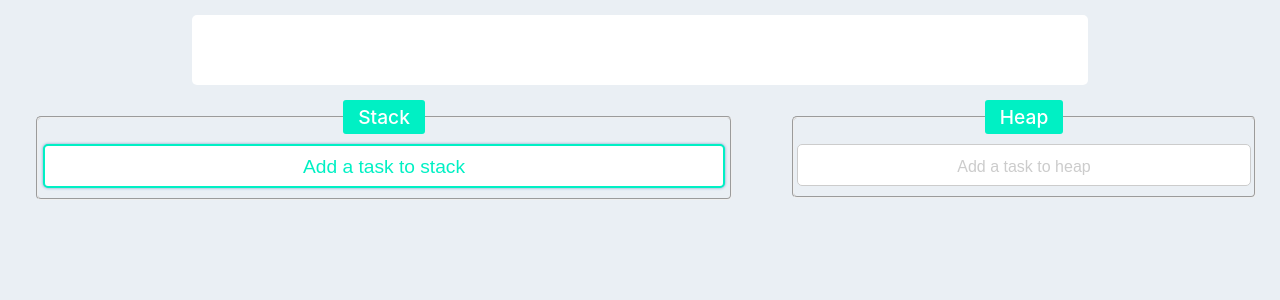
Repository: litalsh/meeting_v1
Page: /
An editor plug-in stored every save of this project. The page is shown before and after the next save, followed by the edit.
The browser window is 1280 px wide. The pictures show the whole page.
The project was rebuilt for these pictures with package versions that can differ from the ones it lists, and the page was loaded fresh each time. Also part of the build but not shown: src/Task.js.

Above is the page before, as saved 2020-12-07 11:35:07.

### public/index.html
<!DOCTYPE html>
<html lang="en">
  <head>
    <meta charset="utf-8" />
    <meta name="viewport" content="width=device-width, initial-scale=1" />
    <meta name="theme-color" content="#000000" />
    <meta
      name="description"
      content="Web site created using create-react-app"
    />
    <link rel="apple-touch-icon" href="%PUBLIC_URL%/logo192.png" />
    <!--
      manifest.json provides metadata used when your web app is installed on a
      user's mobile device or desktop. See https://developers.google.com/web/fundamentals/web-app-manifest/
    -->
    <link rel="manifest" href="%PUBLIC_URL%/manifest.json" />
    <!--
      Notice the use of %PUBLIC_URL% in the tags above.
      It will be replaced with the URL of the `public` folder during the build.
      Only files inside the `public` folder can be referenced from the HTML.

      Unlike "/favicon.ico" or "favicon.ico", "%PUBLIC_URL%/favicon.ico" will
      work correctly both with client-side routing and a non-root public URL.
      Learn how to configure a non-root public URL by running `npm run build`.
    -->
    <title>Meeting Managment App</title>
  </head>
  <body>
    <noscript>You need to enable JavaScript to run this app.</noscript>
    <div id="root"></div>
    <!--
      This HTML file is a template.
      If you open it directly in the browser, you will see an empty page.

      You can add webfonts, meta tags, or analytics to this file.
      The build step will place the bundled scripts into the <body> tag.

      To begin the development, run `npm start` or `yarn start`.
      To create a production bundle, use `npm run build` or `yarn build`.
    -->
  </body>
</html>

### src/App.js
import React, { useState, useEffect } from "react";
import "./App.css";
import { v4 as uuidv4 } from "uuid";
import Task from "./Task";

const App = () => {
  const [stack, setStack] = useState([]);
  const [heap, setHeap] = useState([]);

  const newTaskHandler = (event) => {
    if (event.which === 13) {
      setStack([
        ...stack,
        { id: uuidv4(), type: 'stack', topic: event.target.value, isDone: false }
      ]);
      event.target.value = '';
    };
  };

  const newHeapHandler = (event) => {
    if (event.which === 13) {
      setHeap([
        ...heap,
        { id: uuidv4(), type: 'heap', topic: event.target.value, isDone: false }
      ]);
      event.target.value = '';
    };
  };

  const taskRemoveHandler = (id, type) => {
    if(type === 'stack'){
    const taskIndex = stack.findIndex(task => {
      return task.id === id;
    });

    let tempList = [...stack];
    tempList.splice(tempList[taskIndex], 1);
    setStack(tempList)
  };
    if(type === 'heap'){
      const taskIndex = heap.findIndex(task => {
        return task.id === id;
      });

      let tempList = [...heap];
      tempList.splice(tempList[taskIndex], 1);
      setHeap(tempList)
    };
    return console.log('taskRmoveHandler: ', stack);

  }

  const keyboardRemoveHandler = (e) => {

    if (e.ctrlKey && e.shiftKey && e.which === 88) {
      let tempStack = [...stack];
      tempStack.splice(tempStack.length - 1, 1);
      setStack(tempStack);
    }
  }
  useEffect(() => {
    if (document){
      document.addEventListener('keydown', keyboardRemoveHandler);
    }
    return () => {
      document.removeEventListener('keydown', keyboardRemoveHandler);
    }
  }, [stack]);

  const keyboardCangeListHandler = (e) => {

    if (e.ctrlKey && e.which === 77) {
      changeListHandler();
    }
  }

  const changeListHandler = (id, type) => {
    // move task from stack to heap
    if (type === 'stack') {
      const taskIndex = stack.findIndex(task => {
        return task.id === id;
      });
      setHeap([...heap, { id: stack[taskIndex].id, type: 'heap', topic: stack[taskIndex].topic, isDone: false }]);

      let tempStack = [...stack];
      tempStack.splice(taskIndex, 1);
      setStack(tempStack);
      console.log('change to heap ', stack, '  ', heap)
    };

    // move task from heap to stack
    if (type === 'heap') {
      const taskIndex = heap.findIndex(task => {
        return task.id === id;
      });
      setStack([...stack, { id: heap[taskIndex].id, type: 'stack', topic: heap[taskIndex].topic, isDone: false }]);

      let tempHeap = [...heap];
      tempHeap.splice(taskIndex, 1);
      setHeap(tempHeap);
      console.log('change to stack ', stack, '  ', heap)
    };
  }

  return (
    <div className="container">
      <div className="current-task">
        <h1>{stack[0] !== undefined ? stack[stack.length - 1].topic : null}</h1>
      </div>
      <fieldset className="task-list">
      <legend>Stack</legend>
        <ul>
          <>
            {console.log('1', stack)}
            {stack[0] !== undefined ? stack.map((task, id) => (
              <Task title={task.topic}
                key={id}
                remove={() => taskRemoveHandler(task.id, task.type)}
                move={() => changeListHandler(task.id, task.type)}
                keyboardMove={() => changeListHandler(task.id, task.type)} />
            )) : null}
          </>
        </ul>
        <input type="text" placeholder="Add a task to stack" onKeyDown={newTaskHandler} className='stack-input'  autoFocus aria-flowto='heap-input' />
      </fieldset>

      <fieldset className="task-list">
        <legend>Heap</legend>
        <input type="text" placeholder="Add a task to heap" onKeyDown={newHeapHandler} className='heap-input'  aria-flowto='stack-input' />
        <ul>
          <>
            {console.log('2', heap)}
            {heap[0] !== undefined ? heap.map((task, id) => (
              <Task title={task.topic}
                key={id}
                remove={() => taskRemoveHandler(task.id, task.type)}
                move={() => changeListHandler(task.id, task.type)}
                keyboardMove={() => changeListHandler(task.id, task.type)} />
            )) : null}
          </>
        </ul>
      </fieldset>
    </div>
  );
};

export default App;

### src/App.css
body{
 background-color:  #eaeff4;
}

.container {
  display: grid;
  grid-template-columns: 3fr 2fr;
}

.current-task {
  text-align: center;
  height: 70px;
  grid-column: 1/5;
  width: 70%;
  background: #fff;
  margin: 15px auto;
  border-radius: 5px;
  display: flex;
  align-items: center;
  flex-direction: column;
  justify-content: center;
}

.task-list {
  display: flex;
  flex-direction: column;
  align-self: start;
  border-radius: 5px;
  min-height: 4rem;
  padding: 5px 0;
  width: 90%;
  margin: 0 auto;
 }

 legend {
  margin: 0 auto;
  font-size: 1.2rem;
  font-weight: 500;
  background-color: #00f0c4;
  padding: 5px 15px;
  color: #fff;
  border-radius: 3px;
 }

ul {
  list-style-type: none;
  margin: 0;
  padding: 0;
}

li {
  border: 1px solid AliceBlue;
  width: 70%;
  line-height: 40px;
  margin: -1px auto;
  position: relative;
  background-color: #fff;
  cursor: pointer;
}

.task_item {
  width: 98%;
  line-height: 40px;
  margin: 3px auto;
  position: relative;
  text-align: center;
  border-radius: 5px;
}

.stack-input {
  border: 2px solid #00f0c4;
  width: 98%;
  line-height: 40px;
  margin: 5px auto;
  position: relative;
  text-align: center;
  border-radius: 5px;
  font-size: 1.3rem;
  padding: 0;
}

.heap-input {
  border: 1px solid #ccc;
  width: 98%;
  line-height: 40px;
  margin: 5px auto;
  position: relative;
  text-align: center;
  border-radius: 5px;
  font-size: 1.3rem;
  padding: 0;
}

.stack-input::placeholder{
  color: #00f0c4;
  font-size: 1.2rem;
}

.heap-input::placeholder{
  color: #ccc;
  font-size: 1rem;
}

.stack-input:focus {
  outline: none !important;
  border: 2px solid #00f0c4;
  box-shadow: 0 0 3px #719ECE;
}

.remove {
  width: 30px;
  height: 30px;
  position: absolute;
  top: 50%;
  right: 10px;
  transform: translateY(-50%);
  border-radius: 50%;
  border: none;
  font-weight: bold;
  color: gray;
  cursor: pointer;
}

Loaded but not shown: src/index.js (common file); src/index.css (common file); src/reportWebVitals.js (common file)

After the next save:
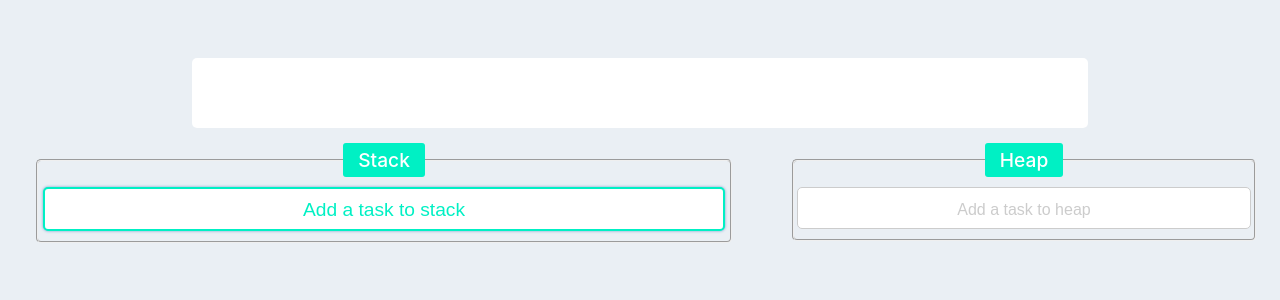
Saved 110 s later.
--- a/src/App.js
+++ b/src/App.js
@@ -104,6 +104,7 @@ const App = () => {
 
   return (
     <div className="container">
+      <h4></h4>
       <div className="current-task">
         <h1>{stack[0] !== undefined ? stack[stack.length - 1].topic : null}</h1>
       </div>
